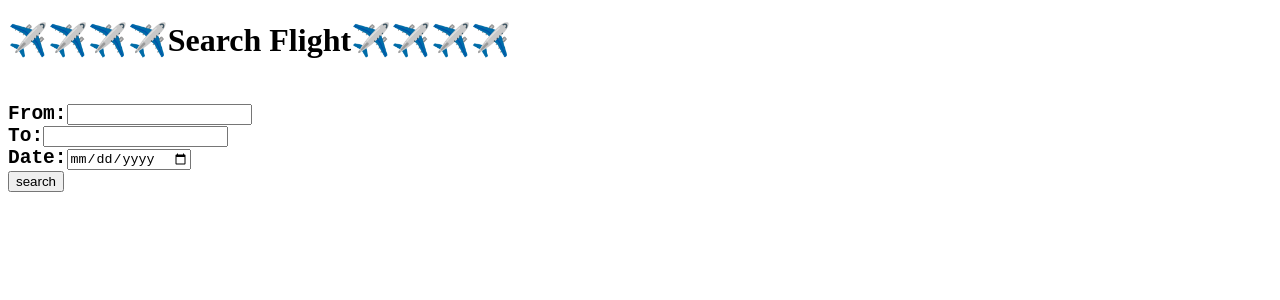
Repository: mhaskenita/Web_Base_Java
Page: http://localhost/Flight_Reservation_Management/searchFlight.jsp
These files come from the project's save history. The page is drawn as it stood at one moment and after the next save; the edit follows.
The browser window is 1280 px wide. The pictures show the whole page.
The page is served by Tomcat 10. Other server files are loaded and not shown.

Above is the page before, as saved 2025-04-22 14:57:21.

### Flight_Reservation_Management/src/main/webapp/searchFlight.jsp
<%@ page language="java" contentType="text/html; charset=UTF-8"
    pageEncoding="UTF-8"%>
<!DOCTYPE html>
<html>
<head>
<meta charset="UTF-8">
<title>Search Flight</title>
</head>
<body>
<h1> ✈️✈️✈️✈️Search Flight✈️✈️✈️✈️</h1>
<form action="searchFlight" method=post>
<pre>
<h2>
From:<input type="text" name="from">
To:<input type="text" name="to">
Date:<input type="date" name="date">
<input type="submit" value="search">
</h2>
</pre>
</form>

</body>
</html>

After the next save:
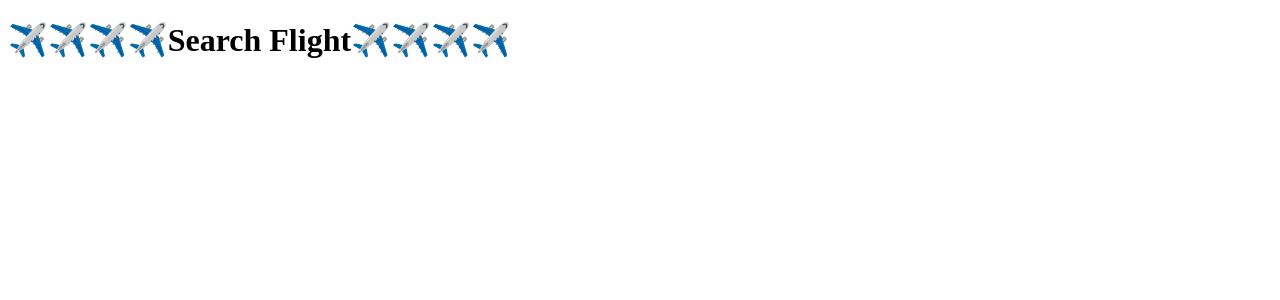
Saved 22 h 5 min later.
--- a/Flight_Reservation_Management/src/main/webapp/searchFlight.jsp
+++ b/Flight_Reservation_Management/src/main/webapp/searchFlight.jsp
@@ -8,7 +8,7 @@
 </head>
 <body>
 <h1> ✈️✈️✈️✈️Search Flight✈️✈️✈️✈️</h1>
-<form action="searchFlight" method=post>
+<form action="searchFlight" method=post hidden>
 <pre>
 <h2>
 From:<input type="text" name="from">

After the save that followed:
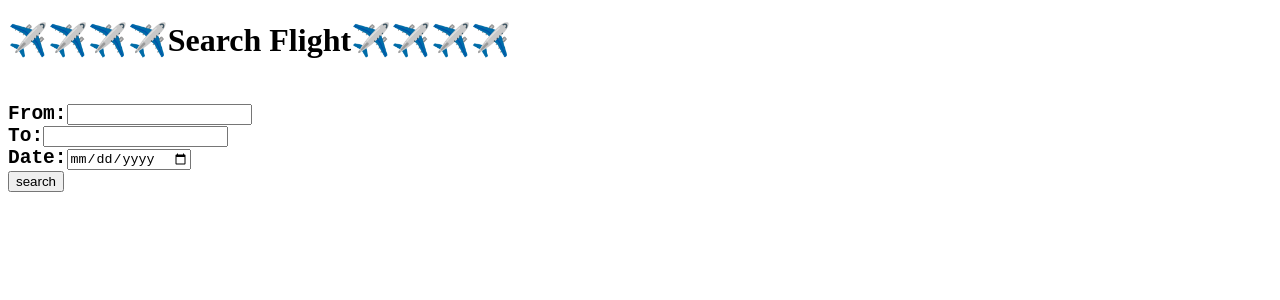
Saved 38 s later.
--- a/Flight_Reservation_Management/src/main/webapp/searchFlight.jsp
+++ b/Flight_Reservation_Management/src/main/webapp/searchFlight.jsp
@@ -8,7 +8,7 @@
 </head>
 <body>
 <h1> ✈️✈️✈️✈️Search Flight✈️✈️✈️✈️</h1>
-<form action="searchFlight" method=post hidden>
+<form action="searchFlight" method=post >
 <pre>
 <h2>
 From:<input type="text" name="from">
